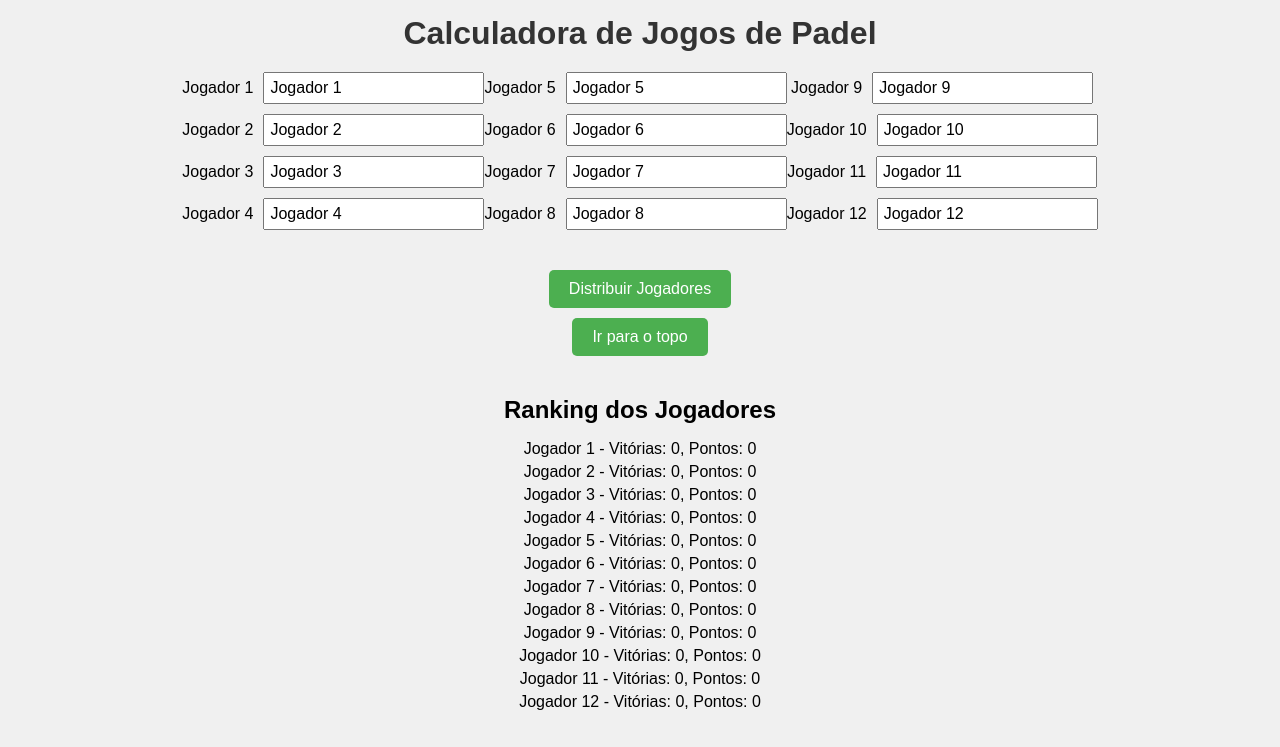
Repository: MarcioMiguel22/PadelMaster
Page: /calculadora
The author's editor kept a copy of each file at every save. The page is drawn from the files as they stood at one save, then again after the next save.
The browser window is 1280 px wide. The pictures show the whole page.
The project was rebuilt for these pictures with package versions that can differ from the ones it lists, and the page was loaded fresh each time. Also part of the build but not shown: vite.config.ts, src/pages/Home/Home.tsx, src/index.css.

Above is the page before, as saved 2024-06-13 23:33:45.

After the next save:
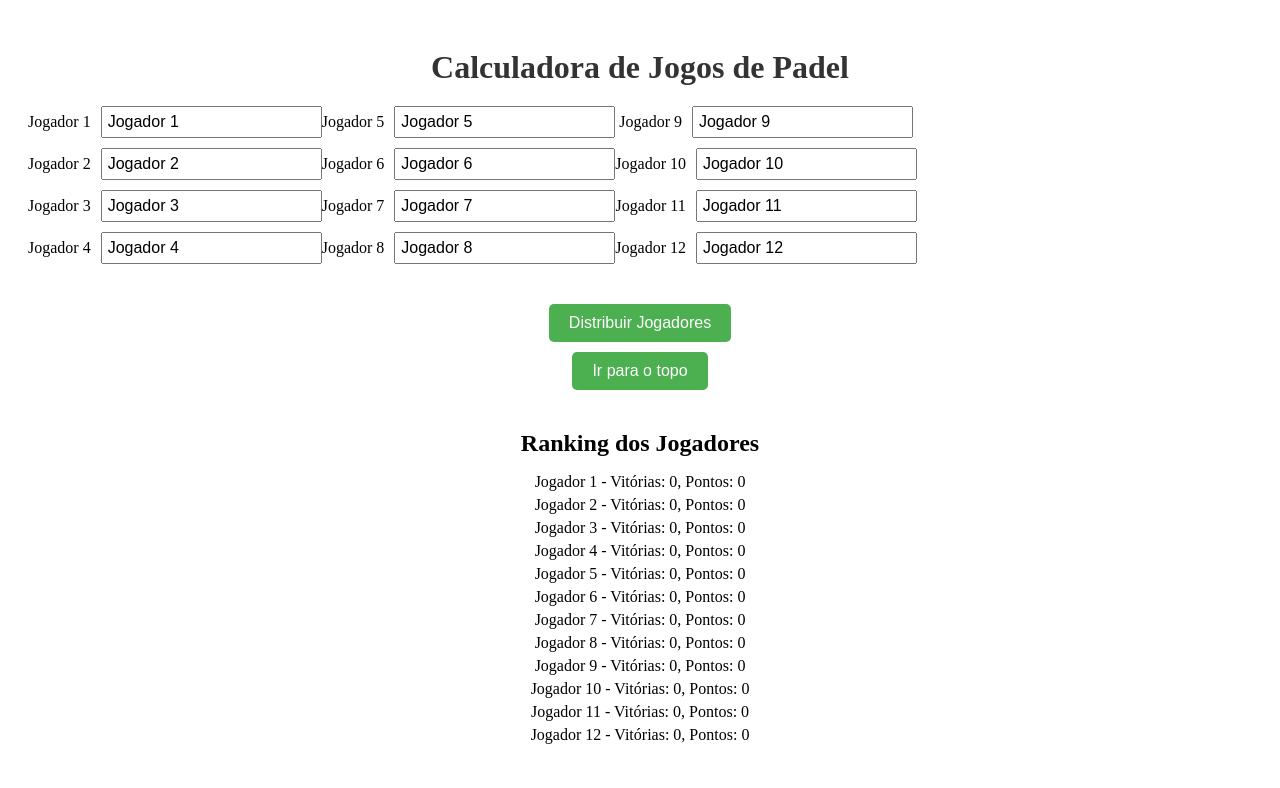
Saved 43 s later.
--- a/src/pages/Home/PadelPage.css
+++ b/src/pages/Home/PadelPage.css
@@ -1,12 +1,3 @@
-body {
-  font-family: Arial, sans-serif;
-  background-color: #f0f0f0;
-  margin: 0;
-  display: flex;
-  justify-content: center;
-  align-items: center;
-  height: 100vh;
-}
 
 .padel-container {
   text-align: center;
